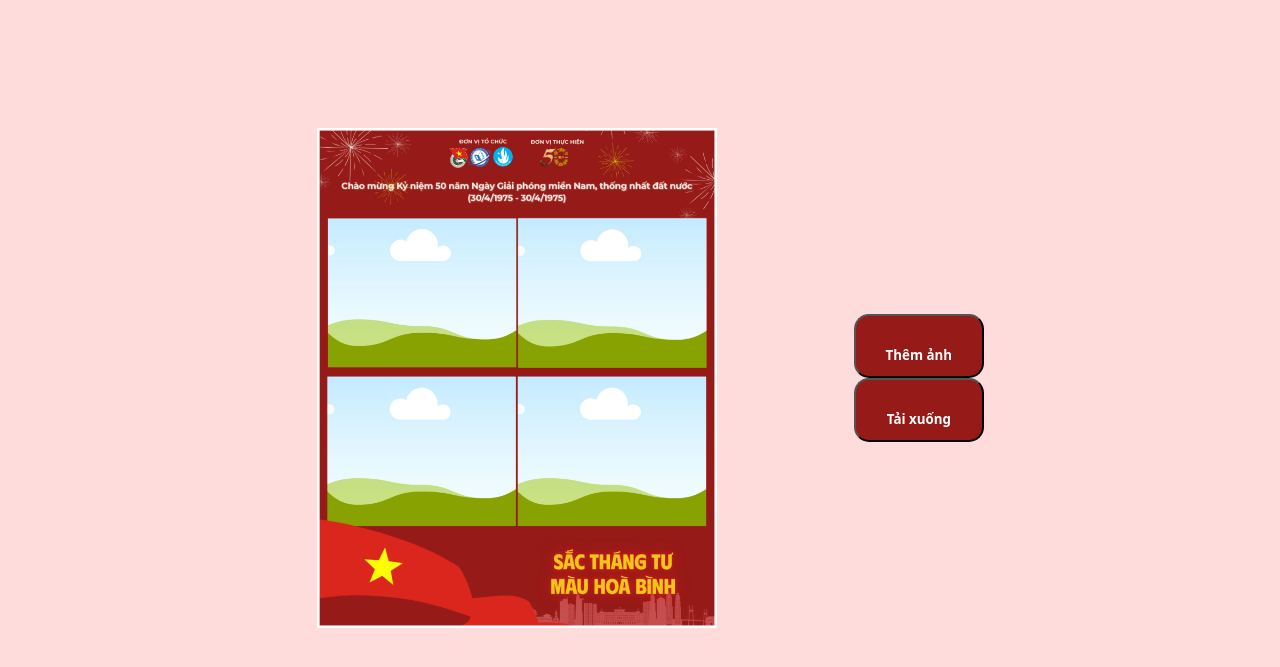
Repository: nguyentambinh/tuoitretdmu
Page: http://localhost/
The author's editor kept a copy of each file at every save. The page is drawn from the files as they stood at one save, then again after the next save.
The browser window is 1280 px wide. The pictures show the whole page.
The page is run by PHP 8.4 with error messages shown; the project is at /var/www/html/.

Above is the page before, as saved 2025-04-10 13:01:43.

### index.php
<!DOCTYPE html>
<html lang="en">
<head>
    <meta charset="UTF-8">
    <meta name="viewport" content="width=device-width, initial-scale=1.0">
    <link rel="stylesheet" href="main.css">
    <script src="main.js"></script>
    <title></title>
</head>
<body>
    <div class = "container-box">
        <div class="background-box">

        </div>
        <div class="control-box">
            <button class="btn-custom btn-add-picture">Thêm ảnh</button>
            <button class="btn-custom btn-dowload-picture">Tải xuống</button>
        </div>
    </div>

</body>
</html>

### main.css
body{
    background-color: #ffdcdc;
    width: 80%;
    margin: 0 auto;
    margin-top: 10%;
    align-items: center;
    display: flex;
    justify-content: center;
}

.background-box{
    display: flex;
    justify-content: center;

    background-position: center;
    background-image: url('./picture/FRAMEPHOTOBOOTH304.png');
    background-size: contain;
    background-repeat: no-repeat;
}
.container-box{
    display: grid;
    display: grid;
    grid-template-columns: 70% 30%;
    gap: 20px;
    width: 80%;
    height: 500px;
}
.control-box{
    display: flex;
    justify-content: center;
    align-content: center;
    flex-direction: column;
    margin: 0 30px;
}
.btn-custom{
    background-color: #961A17;
    border-radius: 15px;
    font-weight: bold;
    font-family: system-ui, -apple-system, BlinkMacSystemFont, 'Segoe UI', Roboto, Oxygen, Ubuntu, Cantarell, 'Open Sans', 'Helvetica Neue', sans-serif;
    width: 70%;
    height: 30px;
    color: white;
    padding: 30px 0;
}
.btn-dowload-picture{

}
.btn-add-picture{

}

Loaded but not shown: main.js (no copy from this time; the picture is the same without it)

After the next save:
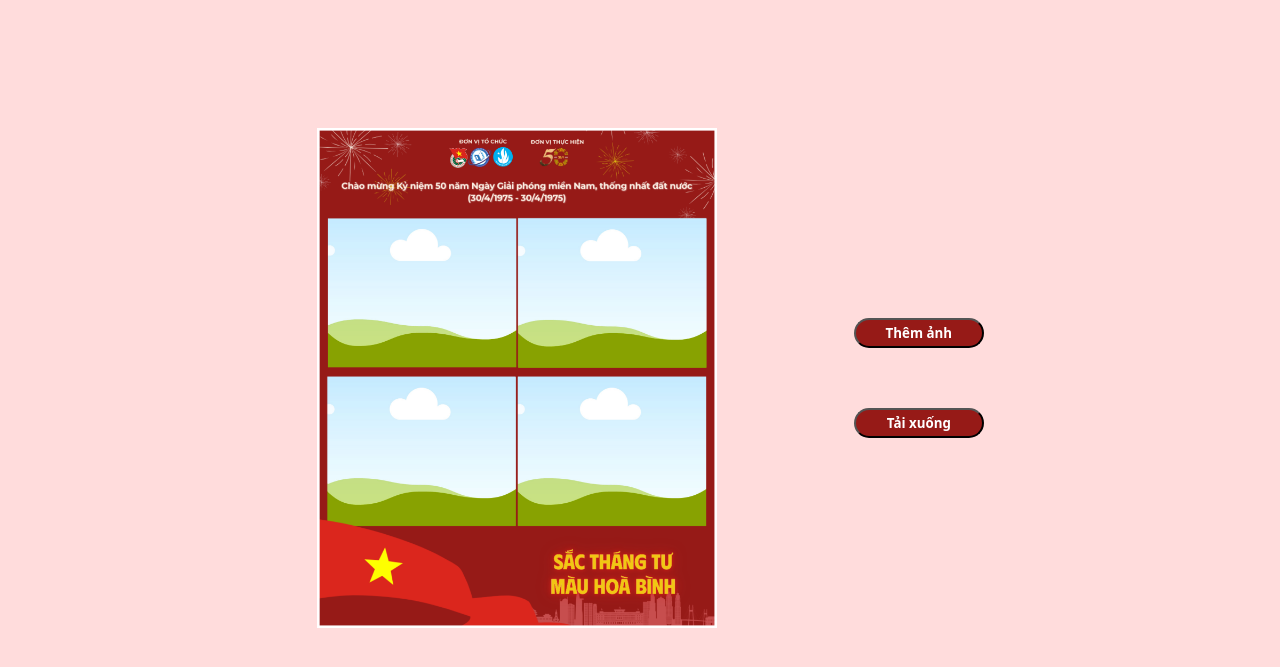
Saved 12 s later.
--- a/main.css
+++ b/main.css
@@ -40,7 +40,7 @@
     width: 70%;
     height: 30px;
     color: white;
-    padding: 30px 0;
+    margin: 30px 0;
 }
 .btn-dowload-picture{
 
